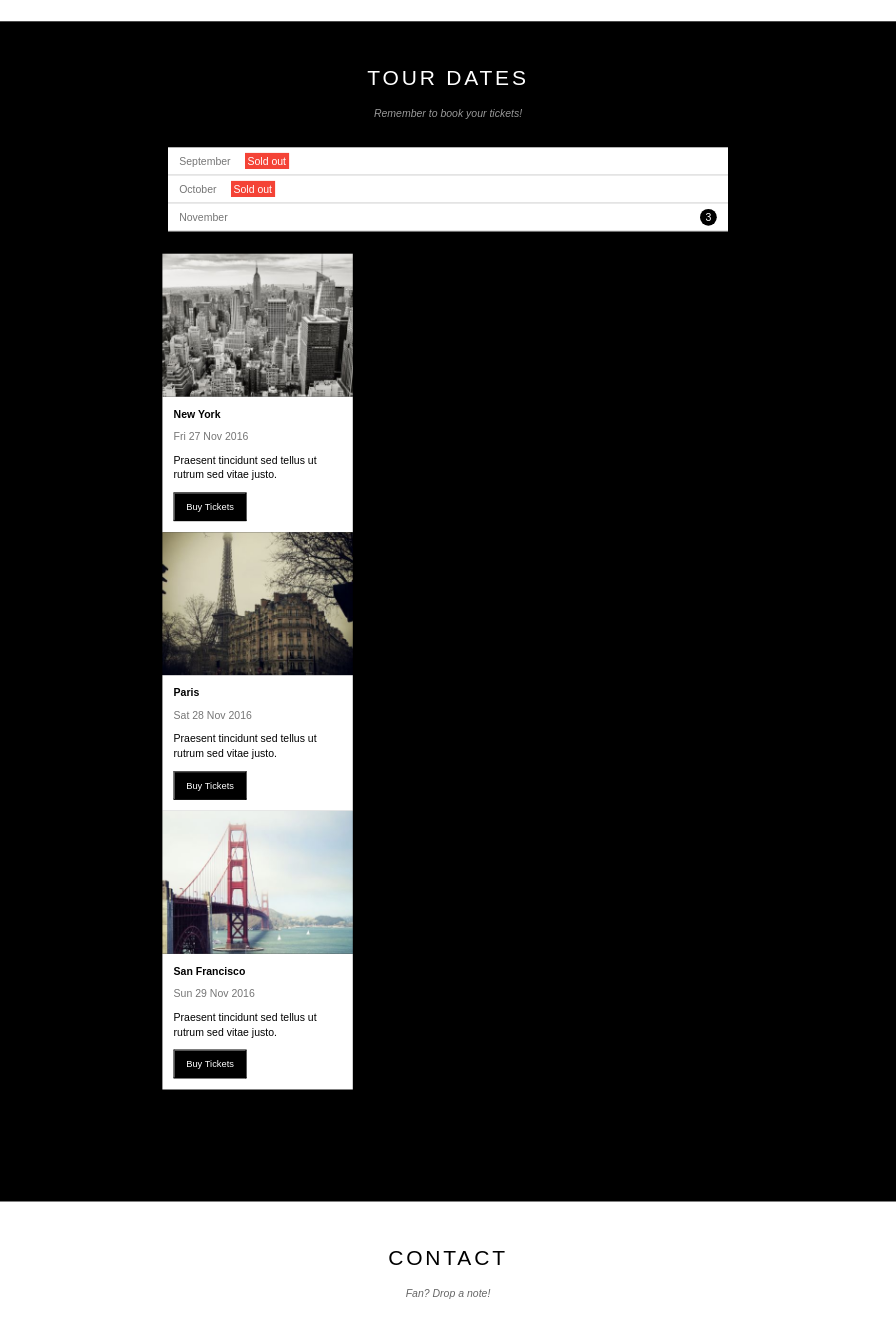
Repository: duyhung0311/band_music
Page: index.html
The author's editor kept a copy of each file at every save. The page is drawn from the files as they stood at one save, then again after the next save.
The browser window is 1280 px wide. The pictures show the part of the page from y = 1249 to 3169 px (the page is 3169 px tall before and 3133 px after), at 70% of full size.

Above is the page before, as saved 2021-08-15 11:45:08.

### index.html
<!DOCTYPE html>
<html lang="en">
  <head>
    <meta charset="UTF-8" />
    <meta http-equiv="X-UA-Compatible" content="IE=edge" />
    <meta name="viewport" content="width=device-width, initial-scale=1.0" />
    <title>Document</title>
    <link rel="stylesheet" href="assets/css/style.css" />
    <link
      rel="stylesheet"
      href="./assets/fonts/themify-icons/themify-icons.css"
    />
  </head>
  <body>
    <div id="main">
      <div id="header">
        <!--#ul>li*5>a  -->
        <!-- Begin : Nav -->
        <ul id="nav">
          <li><a href="">Home</a></li>
          <li><a href="">Tour</a></li>
          <li><a href="">Band</a></li>
          <li><a href="">Contact</a></li>
          <li>
            <a href="">
              More
              <i class="nav-arrow-down ti-angle-dow"></i>
            </a>
            <ul class="subnav">
              <li><a href="">Merchandise</a></li>
              <li><a href="">Extras</a></li>
              <li><a href="">Media</a></li>
            </ul>
          </li>
        </ul>
        <!-- End : Nav -->

        <!-- Begin :Search button -->
        <div class="search-btn">
          <i class="search-icon ti-search"></i>
        </div>
        <!-- End :Search button -->
      </div>

      <div id="slider">
        <div class="text-content">
          <h2 class="text-heading">New York</h2>
          <div class="text-description">
            The atmosphere in New York is lorem ipsum.
          </div>
        </div>
      </div>

      <div id="content">
        <!-- About section -->
        <div class="content-section">
          <h2 class="section-heading">THE BAND</h2>
          <p class="section-sub-heading">We love music</p>
          <p class="about-content">
            We have created a fictional band website. Lorem ipsum dolor sit
            amet, consectetur adipiscing elit, sed do eiusmod tempor incididunt
            ut labore et dolore magna aliqua. Ut enim ad minim veniam, quis
            nostrud exercitation ullamco laboris nisi ut aliquip ex ea commodo
            consequat. Duis aute irure dolor in reprehenderit in voluptate velit
            esse cillum dolore eu fugiat nulla pariatur. Excepteur sint occaecat
            cupidatat non proident, sunt in culpa qui officia deserunt mollit
            anim id est laborum consectetur adipiscing elit, sed do eiusmod
            tempor incididunt ut labore et dolore magna aliqua. Ut enim ad minim
            veniam, quis nostrud exercitation ullamco laboris nisi ut aliquip ex
            ea commodo consequat.
          </p>

          <div class="members-list">
            <div class="member-item">
              <p class="member-name">Name</p>
              <img
                src="./assets/img/ban/member1.jpg"
                alt=""
                class="member-avatar"
              />
            </div>

            <div class="member-item">
              <p class="member-name">Name</p>
              <img
                src="./assets/img/ban/member1.jpg"
                alt=""
                class="member-avatar"
              />
            </div>

            <div class="member-item">
              <p class="member-name">Name</p>
              <img
                src="./assets/img/ban/member1.jpg"
                alt=""
                class="member-avatar"
              />
            </div>

            <div class="clear"></div>
          </div>
        </div>

        <!-- Tour section -->
        <div class="tour-section">
          <div class="content-section">
            <h2 class="section-heading text-white">TOUR DATES</h2>
            <p class="section-sub-heading text-white">
              Remember to book your tickets!
            </p>

            <!-- Ticket list -->
            <ul class="ticket-list">
              <li>September <span class="sold-out">Sold out</span></li>
              <li>October <span class="sold-out">Sold out</span></li>
              <li>November <span class="quantity">3</span></li>
            </ul>

            <!-- Place list -->
            <div class="row places-list">
              <div class="place-item">
                <img
                  src="./assets//img/place/place1.jpg"
                  alt="New York"
                  class="place-img"
                />
                <div class="place-body">
                  <h3 class="place-heading">New York</h3>
                  <p class="place-time">Fri 27 Nov 2016</p>
                  <p class="place-description">
                    Praesent tincidunt sed tellus ut rutrum sed vitae justo.
                  </p>
                  <button class="place-buy-btn js-buy-ticket">
                    Buy Tickets
                  </button>
                </div>
              </div>

              <div class="place-item">
                <img
                  src="./assets//img/place/place2.jpg"
                  alt="Paris"
                  class="place-img"
                />
                <div class="place-body">
                  <h3 class="place-heading">Paris</h3>
                  <p class="place-time">Sat 28 Nov 2016</p>
                  <p class="place-description">
                    Praesent tincidunt sed tellus ut rutrum sed vitae justo.
                  </p>
                  <button class="place-buy-btn js-buy-ticket">
                    Buy Tickets
                  </button>
                </div>
              </div>
              <div class="place-item">
                <img
                  src="./assets//img/place/place3.jpg"
                  alt="San Francisco"
                  class="place-img"
                />
                <div class="place-body">
                  <h3 class="place-heading">San Francisco</h3>
                  <p class="place-time">Sun 29 Nov 2016</p>
                  <p class="place-description">
                    Praesent tincidunt sed tellus ut rutrum sed vitae justo.
                  </p>
                  <button class="place-buy-btn js-buy-ticket">
                    Buy Tickets
                  </button>
                </div>
              </div>
              <div class="clear"></div>
            </div>
          </div>
        </div>

        <!-- Tour section -->
        <div class="content-section">
          <h2 class="section-heading">CONTACT</h2>
          <p class="section-sub-heading">Fan? Drop a note!</p>
        </div>
      </div>

      <div id="footer"></div>
    </div>
    <div class="modal js-modal">
      <div class="modal-container js-modal-container">
        <div class="modal-close js-modal-close">
          <i class="ti-close"></i>
        </div>
        <header class="modal-header">
          <i class="modal-heading-icon ti-bag"></i>
          Tickets
        </header>
        <div class="modal-body">
          <label for="ticket-quantity" class="modal-label">
            <i class="ti-shopping-cart"></i>
            Tickets, $15 per person
          </label>
          <input
            id="quantity"
            type="text"
            placeholder="How many?"
            class="modal-input"
          />

          <label for="email" class="modal-label">
            <i class="ti-user"></i>
            Send To
          </label>
          <input
            id="email"
            type="text"
            placeholder="Email"
            class="modal-input"
          />
          <button id="buy-tickets">Pay <i class="ti-check"></i></button>
        </div>
        <footer class="modal-footer">
          <p class="modal-help">Need <a href="">help?</a></p>
        </footer>
      </div>
    </div>
    <script>
      const buyBtns = document.querySelectorAll(".js-buy-ticket");
      const modal = document.querySelector(".modal");
      const modalClose = document.querySelector(".js-modal-close");
      const modalContainer = document.querySelector(".js-modal-container");
      // Hàm hiển thị modal
      function showBuyTickets() {
        modal.classList.add("open");
      }
      // Hàm ẩn đi modal mua vé
      function showCloseTickets() {
        modal.classList.remove("open");
      }
      for (const buyBtn of buyBtns) {
        buyBtn.addEventListener("click", showBuyTickets);
      }
      modalClose.addEventListener("click", showCloseTickets);
      modal.addEventListener("click", showCloseTickets);
      modalContainer.addEventListener("click", function (event) {
        event.stopPropagation();
      });
    </script>
  </body>
</html>

### assets/css/style.css
/*Reset CSS*/
* {
  padding: 0;
  margin: 0;
  box-sizing: border-box;
}
html {
  font-family: Arial, Helvetica, sans-serif;
}
/*
    1. Từ ngoài vào trong
    2. Từ trên xuống dưới
    3. Từ tổng quan đến chi tiết
*/
/*
    1. Vị trí
    2. Kích thước (width height)
    3. Màu sắc
    4. Kiểu dáng (kiểu chữ, hình tròn, vuông, ....)
*/
.clear{
    clear: both;
}

.text-white {
    color: #fff !important;
}

#main {
}
#header {
  position: fixed;
  top: 0;
  left: 0;
  right: 0;
  z-index: 1;
  height: 46px;
  background-color: #000;
}

#nav {
  display: inline-block;
}

/* cách bỏ dấu chấm đầu dòng của thằng ul */
#nav,
.subnav {
  list-style-type: none;
}

#nav > li {
  display: inline-block;
}
#nav li {
  /* inline là trên 1 hàng block giữ lại kích thước khối */
  position: relative;
}

#nav > li > a {
  color: #fff;
  text-transform: uppercase;
}

#nav li a {
  text-decoration: none;
  line-height: 46px;
  padding: 0 24px;
  display: block;
  /* inline k tính chiều cao và chiều rộng được */
}

#nav li:hover .subnav {
  display: block;
}

#nav > li:hover > a,
#nav .subnav li:hover a {
  color: #000;
  background-color: #ccc;
}

#nav .subnav {
  display: none;
  min-width: 160px;
  position: absolute;
  top: 100%;
  /* top = 100% là nó lấy chính chiều cao
    100% của chính nó */
  left: 0;
  background-color: #fff;
  box-shadow: 0 0 10px rgba(0, 0, 0, 0.3);
}

#nav .subnav a {
  color: #000;
  padding: 0 12px;
  line-height: 38px;
}

#nav .nav-arrow-down {
  font-size: 14px;
}

#header .search-btn {
  float: right;
  padding: 0 21px;
  cursor: pointer;
}

#header .search-btn:hover {
  background-color: #f44336;
}

#header .search-icon {
  color: #fff;
  font-size: 20px;
  line-height: 46px;
}

#slider {
    position: relative;
    margin-top: 46px;
    padding-top: 50%;
    background:url('./../img/slider/slider1.jpg') top center / cover no-repeat;
}
#slider .text-content   {
    position: absolute;
    bottom: 46px;
    left: 50%;
    color: #fff;
    transform: translateX(-50%);
    text-align: center;
}

#slider .text-heading   {
    font-weight: 500;
    font-size: 24px;
}

#slider .text-description   {
    font-size: 15px;
    margin-top: 25px;
}

#content {

}

#content .content-section{
    width: 800px;
    margin: 0 auto;
    padding: 64px 0;
}

#content .section-heading {
    font-size: 30px;
    font-weight: 500;
    letter-spacing: 4px;
}

#content .section-sub-heading,
#content .about-content {
    margin-top: 25px;
    font-size: 15px;
}

#content .section-heading,
#content .section-sub-heading {
    text-align: center;
}

#content .section-sub-heading {
    font-style: italic;
    opacity: 0.6;
}

#content .about-content {
    text-align: justify;
    line-height: 1.4;
}

#content .members-list {
    margin-top: 48px;
    /* overflow: hidden; */
}

#content .member-item {
    float: left;
    width: calc(100% / 3);
    text-align: center;
}

#content .member-name {
    font-size: 15px;
}

#content .member-avatar {
    width: 154px;
    margin-top:15px;
    border-radius: 4px;
}
/* Tour section */
.tour-section {
    background: #000;
}

.ticket-list li {
    color: #757575;
    font-size: 15px;
    padding: 11px 16px;
    border-bottom: 1px solid #bbb;
    list-style-type: none;
}

.ticket-list {
    background:#fff;
    margin-top: 40px;
}


.ticket-list .sold-out {
    color: #fff;
    background: #f44336;
    padding: 3px 4px;
    margin-left: 16px;
}

.ticket-list .quantity {
    float: right;
    margin-top: -3px;
    width: 24px;
    height: 24px;
    background:#000;
    color: #fff;
    border-radius: 50%;
    text-align: center;
    line-height: 24px;
}
.places-list{
    margin-top: 32px;
    margin-bottom: 48px;
    padding-bottom: 48px;
}

.places-list .place-item{
    /* float: left;
    padding: 0 8px; */
    width: calc(100%/3);
}
.places-list .place-img{
    width: 100%;
    display: block;
}
.places-list .place-img:hover{
    opacity: 0.6;
}
.places-list .place-body{
    padding: 16px;
    background-color: #fff;
    font-size: 15px;
}
.place-body .place-heading{
    font-size: 15px;
    font-weight:600;
}
.place-body .place-time{
    margin-top: 15px;
    color: #757575;
}
.place-body .place-description{
    margin-top: 15px;
    line-height: 1.4;
}
.place-body .place-buy-btn{
    color: #fff;
    background :#000;
    text-decoration: none;
    padding:11px 16px;
    display: inline-block;
    margin-top: 15px;
}
.place-body .place-buy-btn:hover{
    color: #000;
    background: #ccc;
}
/* Footer section */
#footer {
}
.modal{
    position: fixed;
    top: 0;
    bottom: 0;
    left: 0;
    right: 0;
    background: rgba(0,0,0,0.3);
    display: none;
    align-items: center;
    justify-content: center;
}
.modal.open {
    display: flex;
}
.modal .modal-container {
    background: #fff;
    width: 900px;
    min-height: 200px;
    max-width: calc(100% - 32px);
    animation: modalFadeIn ease-in .5s;
}
.modal .modal-header{
    background: #009688;
    height: 130px;
    display: flex;
    align-items: center;
    justify-content: center;
    font-size: 30px;
    color: #fff;
}
.modal-header .modal-heading-icon {
    margin-right: 16px;
}
.modal .modal-container {
    position: relative;
}
.modal-container .modal-close {
    position: absolute;
    top: 0;
    right: 0;
    padding: 12px;
    cursor: pointer;
    opacity: 0.9;
}
.modal-container .modal-close:hover {
    opacity: 1;
}
.modal-container .modal-body {
    padding: 16px;
}
.modal-body .modal-label {
    display: block;
    font-size: 15px;
    margin-bottom: 12px;
}
.modal-body .modal-input {
    border:1px solid #ccc;
    width: 100%;
    padding: 10px;
    font-size: 15px;
    margin-bottom: 24px;
}
.modal-body #buy-tickets{
      background: #009688;
      border: none;
      color:#fff;
      width: 100%;
      text-transform: uppercase;
      padding:18px;
      cursor: pointer;
}
.modal-body #buy-tickets:hover {
    opacity: 0.9;
}
.modal-footer{
    padding: 16px;
    text-align: right;
}
.modal-footer a {
    color: #2196f3;
}
.row {
    margin-left: -8px;
    margin-right: -8px;
}
.col {
    padding-left: 8px;
    padding-right: 8px;
}
@keyframes modalFadeIn {
    from {
        transform: translateY(-140px);
        opacity: 0;
    }
    to {
        transform: translateY(0);
        opacity: 1;
    }
}

Loaded but not shown: assets/fonts/themify-icons/themify-icons.css (common file)

After the next save:
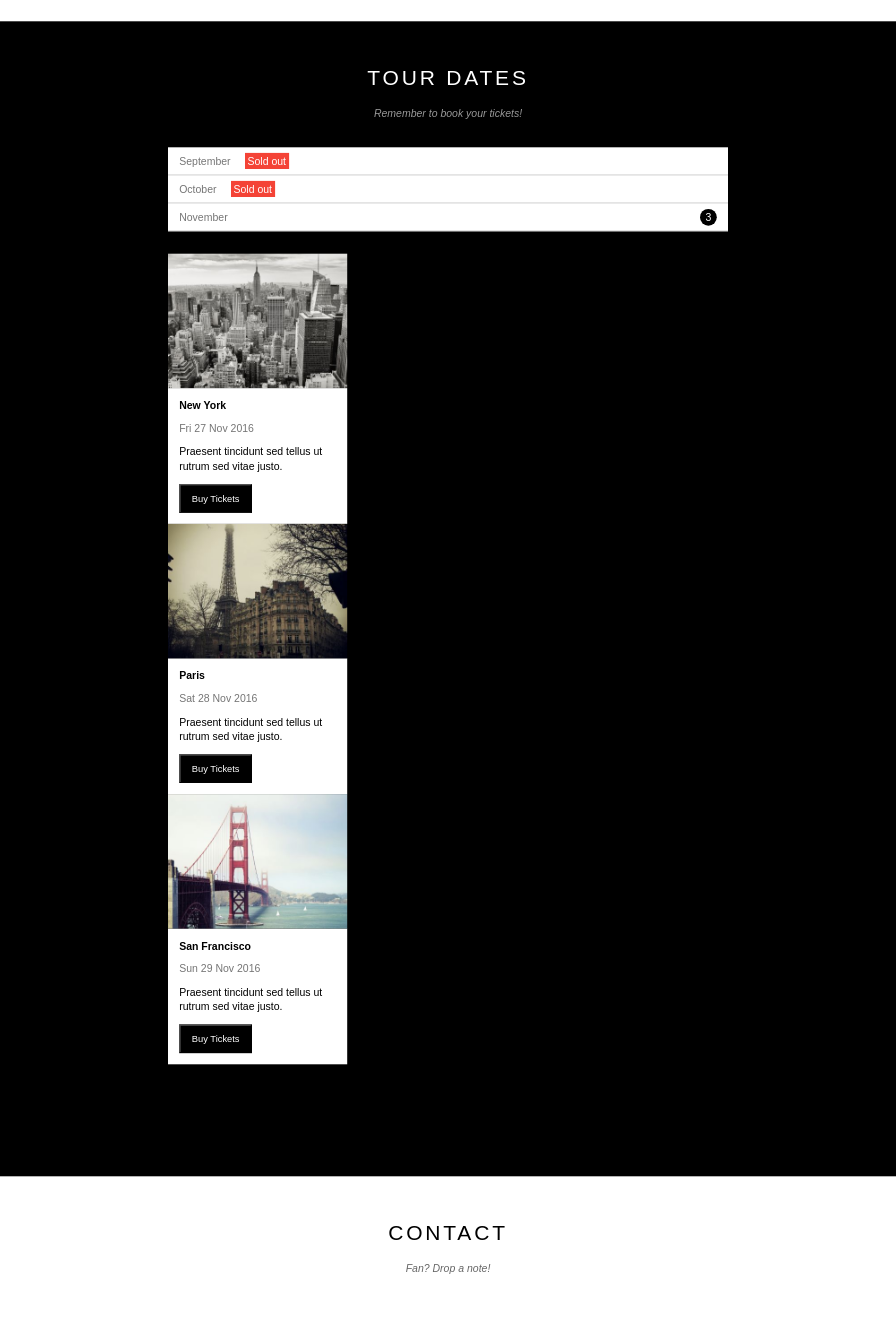
Saved 39 s later.
--- a/index.html
+++ b/index.html
@@ -119,7 +119,7 @@
 
             <!-- Place list -->
             <div class="row places-list">
-              <div class="place-item">
+              <div class="col place-item">
                 <img
                   src="./assets//img/place/place1.jpg"
                   alt="New York"
@@ -137,7 +137,7 @@
                 </div>
               </div>
 
-              <div class="place-item">
+              <div class="col place-item">
                 <img
                   src="./assets//img/place/place2.jpg"
                   alt="Paris"
@@ -154,7 +154,7 @@
                   </button>
                 </div>
               </div>
-              <div class="place-item">
+              <div class="col place-item">
                 <img
                   src="./assets//img/place/place3.jpg"
                   alt="San Francisco"
